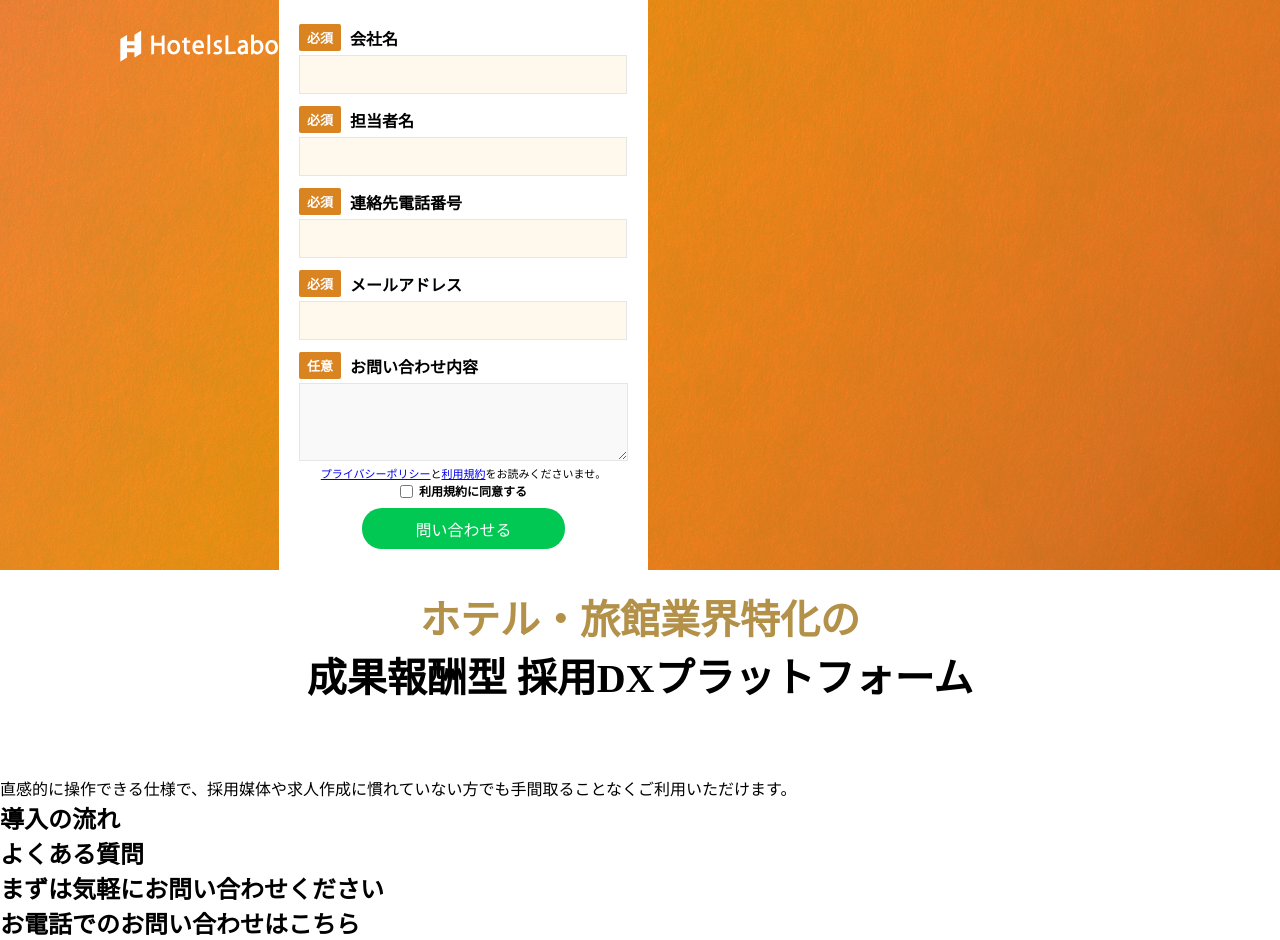
Repository: FujieRyou/to_b_lp
Page: index.html
An editor plug-in stored every save of this project. The page is shown before and after the next save, followed by the edit.
The browser window is 1280 px wide. The pictures show the whole page.

Above is the page before, as saved 2024-02-27 03:18:43.
Not found: index.js

After the next save:
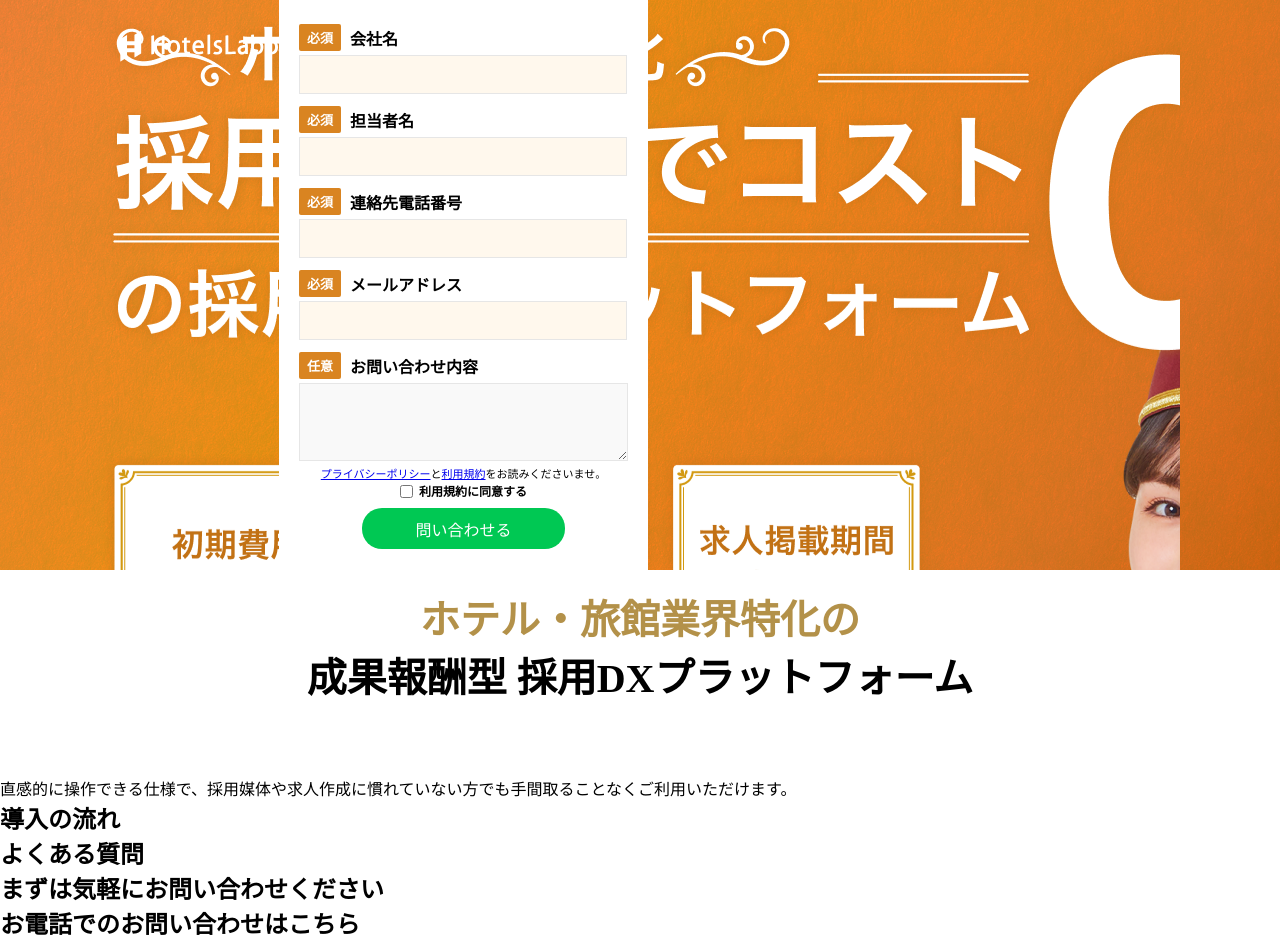
Saved 28 s later.
--- a/style.css
+++ b/style.css
@@ -16,6 +16,7 @@
     height: auto;
     margin: 0 auto;
     display: flex;
+    background-image: url("./img/firstViewの葵さんとその他売り文句.png");
 }
 
 header{
